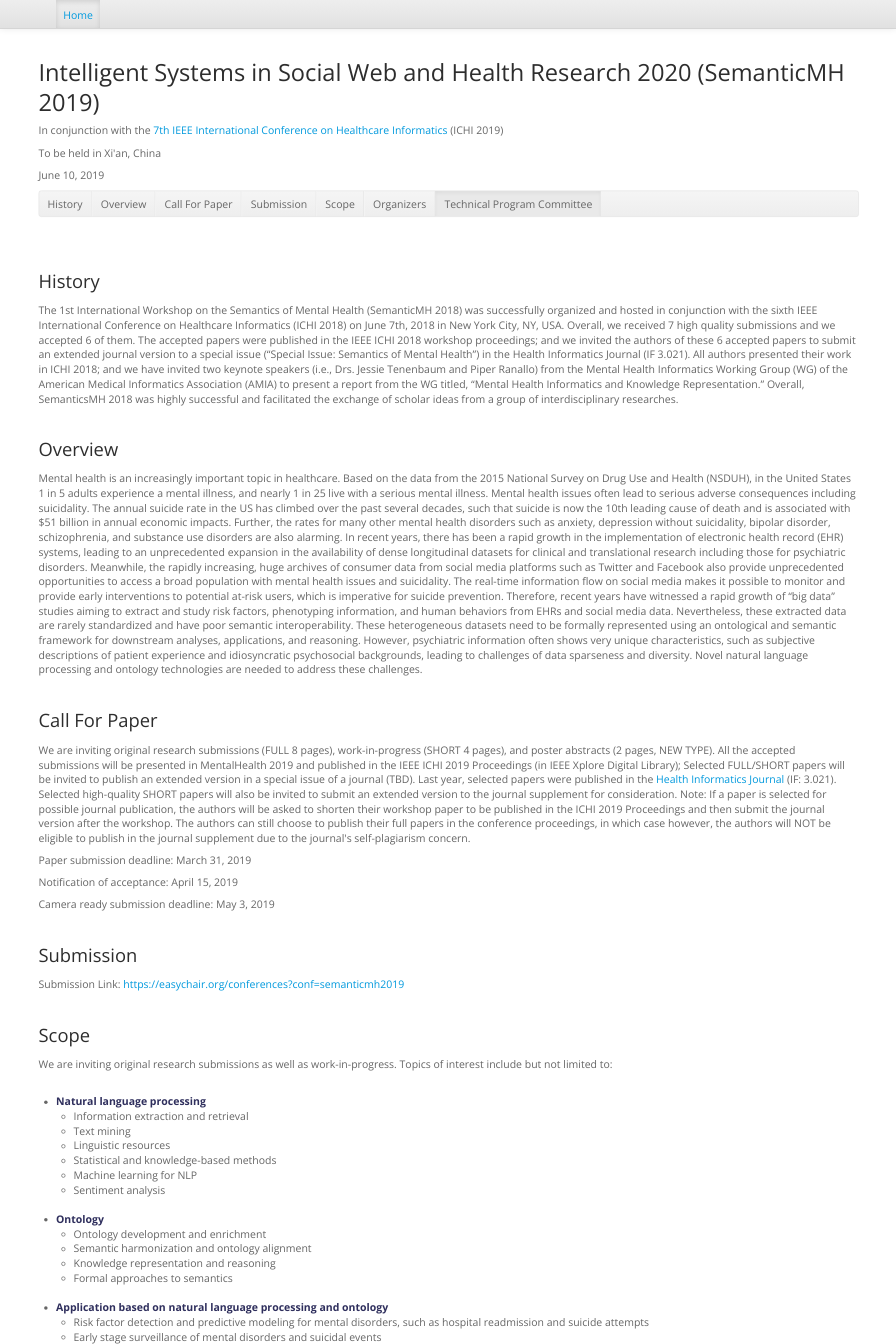
Repository: bianjiang/semantics-powered.org
Page: ISSWHR-2020/index.html
These files come from the project's save history. The page is drawn as it stood at one moment and after the next save; the edit follows.
The browser window is 1280 px wide. The pictures show the part of the page from y = 0 to 1920 px (the page is 3041 px tall), at 70% of full size.
Some web libraries are served in a nearby version.

Above is the page before, as saved 2019-10-26 16:43:35.
Console error (its wording comes from the project's code and is left out).

After the next save:
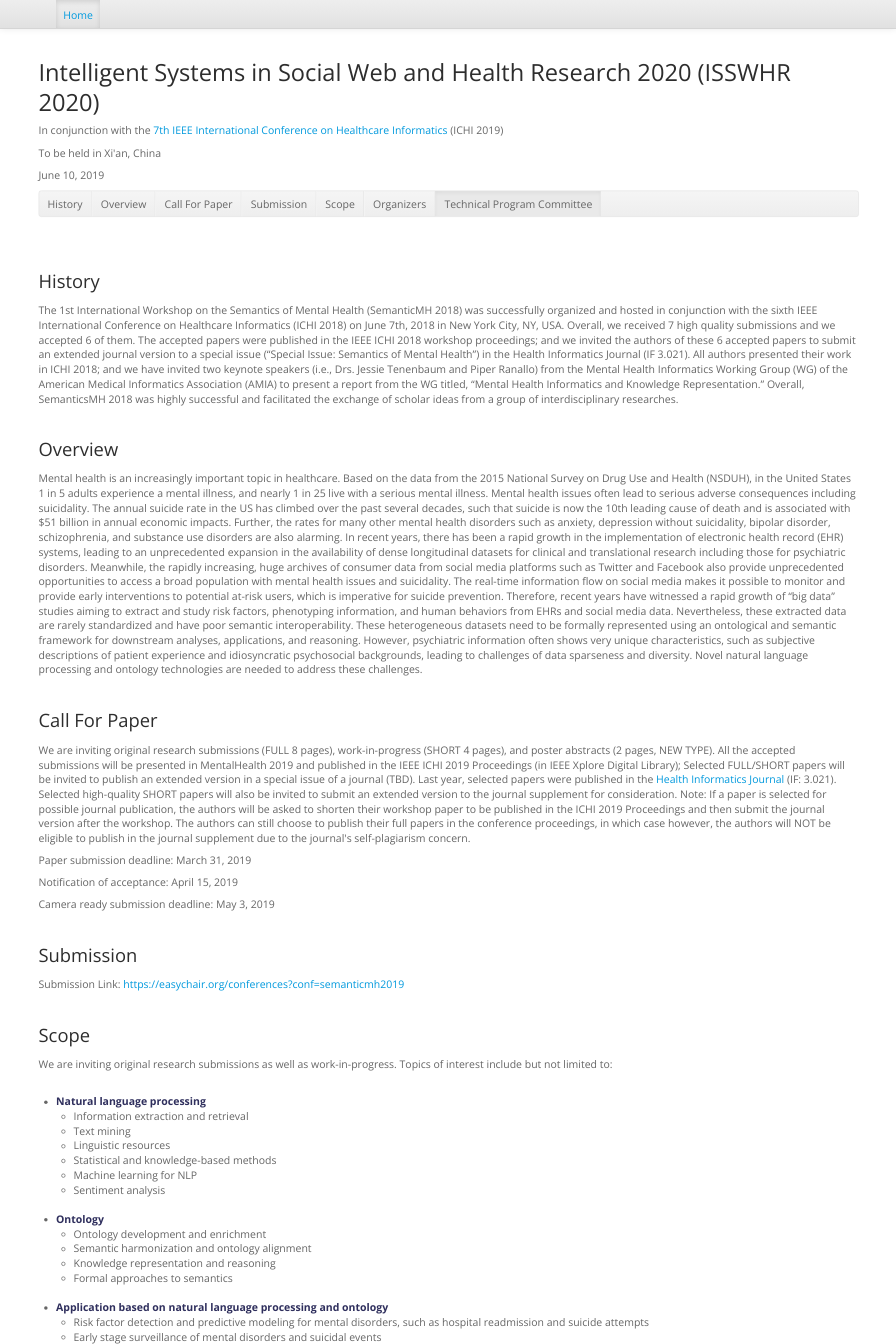
Saved 9 s later.
--- a/ISSWHR-2020/index.html
+++ b/ISSWHR-2020/index.html
@@ -74,7 +74,7 @@
       <div class="row">
         <div class="span12">
           <br/>
-          <h2>Intelligent Systems in Social Web and Health Research 2020 (SemanticMH 2019)</h2>
+          <h2>Intelligent Systems in Social Web and Health Research 2020 (ISSWHR 2020)</h2>
           <p>In conjunction with the <a href="http://www.ieee-ichi.org/" target="_blank">7th IEEE International Conference on Healthcare Informatics</a> (ICHI 2019)</p>
           <p>To be held in Xi'an, China</p>
           <p>June 10, 2019</p>
